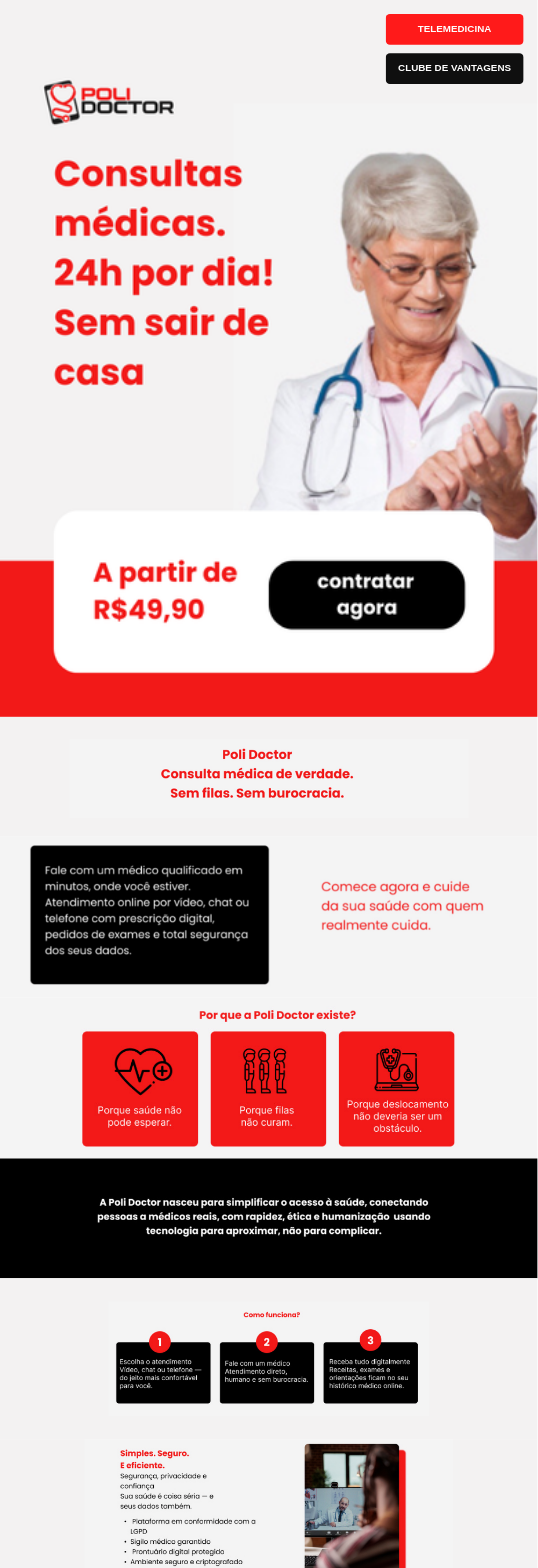
Repository: RenSkywalker/poli-doctor-landing
Page: index.html
An editor plug-in stored every save of this project. The page is shown before and after the next save, followed by the edit.
The browser window is 768 px wide. The pictures show the part of the page from y = 0 to 2240 px (the page is 3416 px tall), at 70% of full size.

Above is the page before, as saved 2026-02-12 01:43:00.

After the next save:
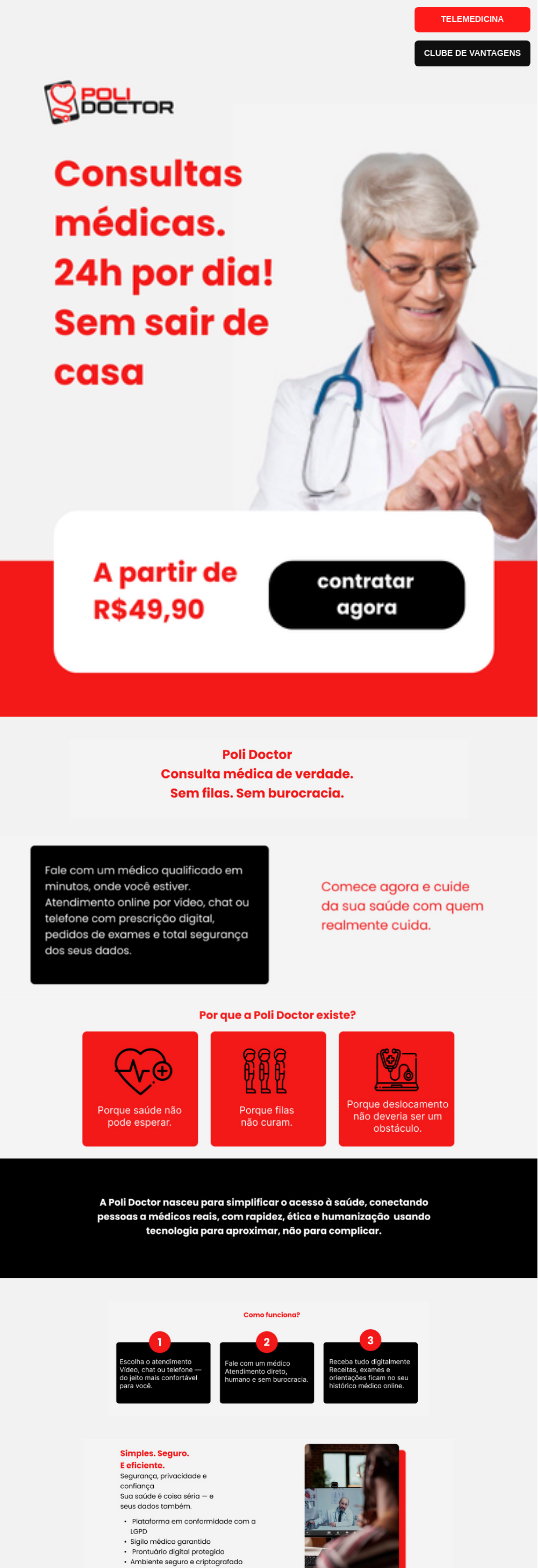
Saved 18 s later.
--- a/css/style.css
+++ b/css/style.css
@@ -526,4 +526,14 @@
     height: auto !important;
     display: block;
   }
-}
+
+  .top-buttons {
+  top: 10px;
+  right: 10px;
+}
+
+.top-btn {
+  font-size: 12px;
+  padding: 8px 14px;
+ }
+}
